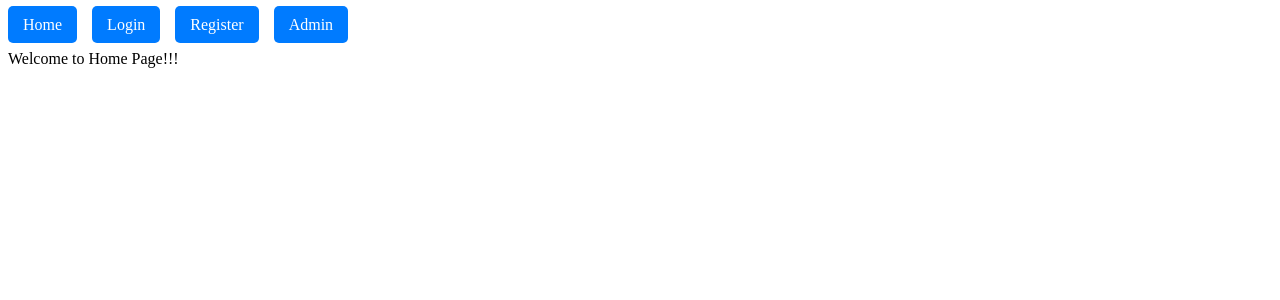
Repository: AhmedIbu/angular-login-app
Page: / (app in angular-login-app/)
The author's editor kept a copy of each file at every save. The page is drawn from the files as they stood at one save, then again after the next save.
The browser window is 1280 px wide. The pictures show the whole page.
The project was rebuilt for these pictures with package versions that can differ from the ones it lists, and the page was loaded fresh each time. Also part of the build but not shown: angular-login-app/angular.json, angular-login-app/src/app/login/login.component.ts, angular-login-app/src/app/services/auth.service.ts, angular-login-app/src/app/services/user.service.ts, angular-login-app/src/app/register/register.component.ts, angular-login-app/src/app/admin-dashboard/admin-dashboard.component.ts.

Above is the page before, as saved 2025-02-19 16:37:04.

After the next save:
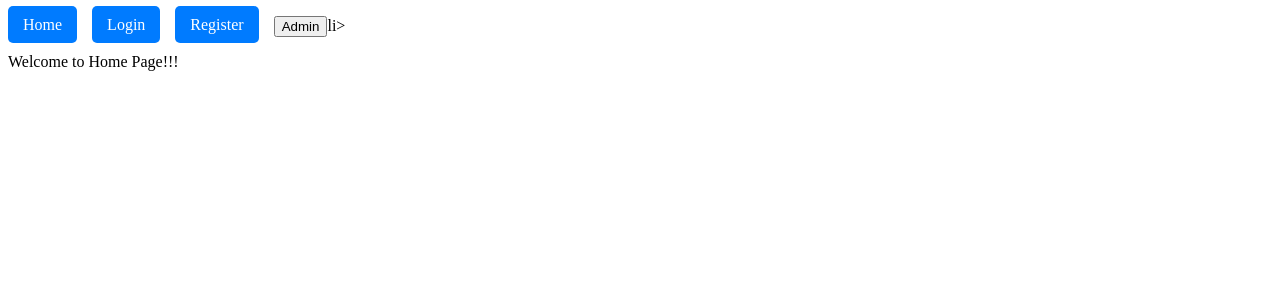
Saved 3 min 21 s later.
--- a/angular-login-app/src/app/app.component.html
+++ b/angular-login-app/src/app/app.component.html
@@ -3,7 +3,7 @@
     <li><a routerLink="/">Home</a></li>
     <li><a routerLink="/login">Login</a></li>
     <li><a routerLink="/register">Register</a></li>
-    <li><a routerLink="/admin-login">Admin </a></li>
+    <li><button (click)="navigateToAdminLogin()">Admin</button>li>
   </ul>
 </nav>
 
